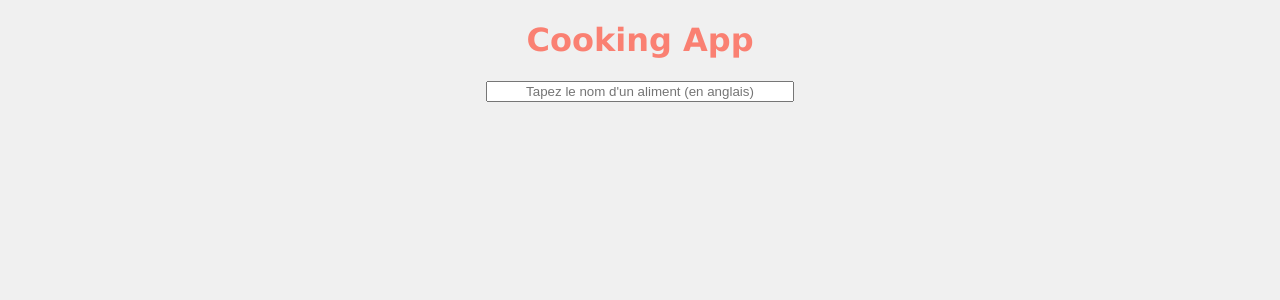
Repository: MaxLeBaboul/cooking-app
Page: /
An editor plug-in stored every save of this project. The page is shown before and after the next save, followed by the edit.
The browser window is 1280 px wide. The pictures show the whole page.
The page's requests for data from a server got no answer. The project was rebuilt for these pictures with package versions that can differ from the ones it lists, and the page was loaded fresh each time. No one was signed in, and anything a server would have sent is missing. Also part of the build but not shown: src/components/Card.jsx.

Above is the page before, as saved 2023-09-09 06:06:01.

After the next save:
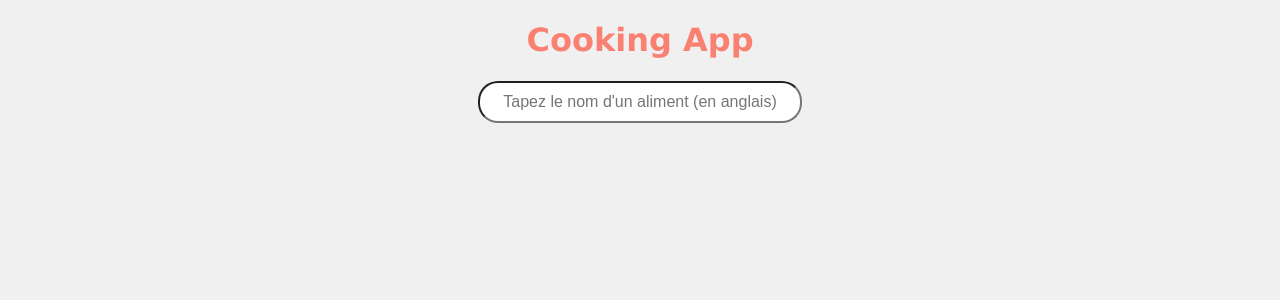
Saved 2 min 18 s later.
--- a/src/index.css
+++ b/src/index.css
@@ -14,4 +14,9 @@ h1 {
 input {
   width: 300px;
   text-align: center;
+  padding: 10px;
+  font-size: 1rem;
+  margin-bottom: 20px;
+  border-radius: 20px;
+  bottom: 1px solid black;
 }
